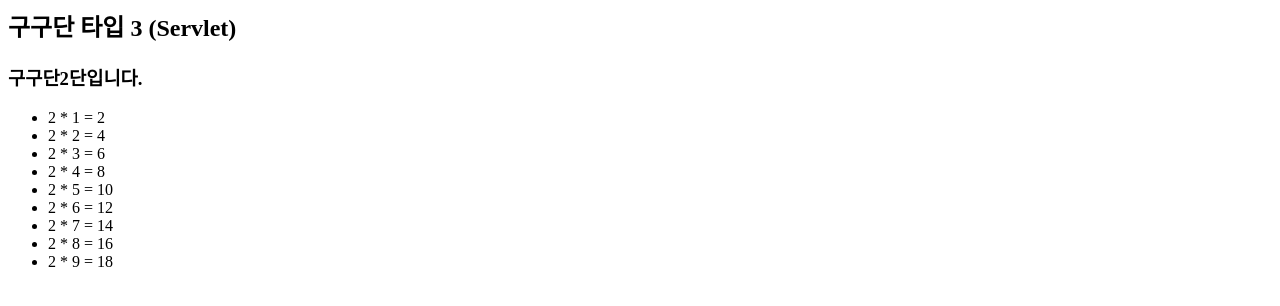
Repository: Byeonghee-son/DB-Servlet
Page: http://localhost/ServletStudy/gugudan
These files come from the project's save history. The page is drawn as it stood at one moment and after the next save; the edit follows.
The browser window is 1280 px wide. The pictures show the whole page.
The page is served by Tomcat 9.

Above is the page before, as saved 2023-05-11 06:03:55.

After the next save:
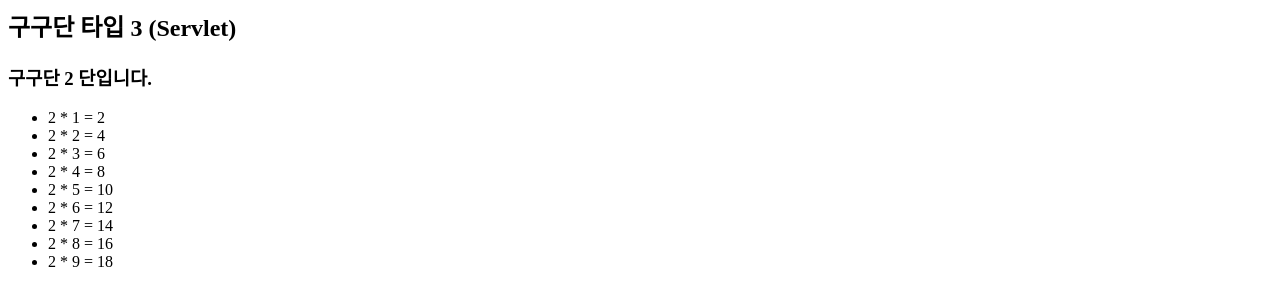
Saved 28 s later.
--- a/ServletStudy/src/main/java/edu/pnu/servlet/gugudan.java
+++ b/ServletStudy/src/main/java/edu/pnu/servlet/gugudan.java
@@ -24,7 +24,7 @@ public class gugudan extends HttpServlet {
 		try(PrintWriter out = resp.getWriter();){
 
 			out.println("<h2>구구단 타입 3 (Servlet)</h2>");
-			out.println("<h3>구구단"+num+"단입니다.</h3>");
+			out.println("<h3>구구단 " + num + " 단입니다.</h3>");
 			out.println("<ul>");
 			for(int i = 1; i < 10 ; i++) {
 				out.println("<li>" + num  + " * " + i  + " = " + num * i + "</li>");
